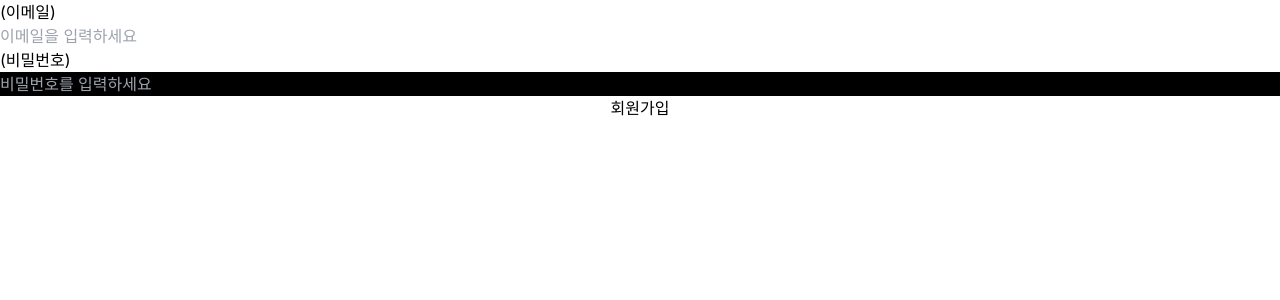
Repository: Hwang-uihyuk/wanted-pre-onboarding-frontend
Page: /signin
An editor plug-in stored every save of this project. The page is shown before and after the next save, followed by the edit.
The browser window is 1280 px wide. The pictures show the whole page.
The project was rebuilt for these pictures with package versions that can differ from the ones it lists, and the page was loaded fresh each time. Also part of the build but not shown: src/App.css, src/pages/Home.jsx, src/pages/SignUp.jsx, src/pages/NotFound.jsx, src/pages/Todo.jsx.

Above is the page before, as saved 2023-02-07 21:11:09.

### src/index.js
import React from 'react';
import ReactDOM from 'react-dom/client';
import './index.css';
import App from './App';
import reportWebVitals from './reportWebVitals';
import { createBrowserRouter,RouterProvider } from 'react-router-dom';
import Home from './pages/Home';
import SignIn from './pages/SignIn';
import SignUp from './pages/SignUp';
import NotFound from './pages/NotFound';
import Todo from './pages/Todo';



const router = createBrowserRouter([
  {
    path:'/',
    element:<App/>,
    errorElement:<NotFound/>,
    children:[
      {
        index:true,
        path:'/',
        element :<Home/>
      },

      {
        path:'/signup',
        element:<SignUp/>
      },

      {
        path:'/signin',
        element:<SignIn/>
      },

      {
        path:'/todo',
        element:<Todo/>
      },


    ]
  }
])
const root = ReactDOM.createRoot(document.getElementById('root'));
root.render(
  <React.StrictMode>
    <RouterProvider router ={router} />
  </React.StrictMode>
);

// If you want to start measuring performance in your app, pass a function
// to log results (for example: reportWebVitals(console.log))
// or send to an analytics endpoint. Learn more: https://bit.ly/CRA-vitals
reportWebVitals();

### src/App.js
import logo from './logo.svg';
import './App.css';
import './index.css'
import SignIn from './pages/SignIn';
import { Outlet } from 'react-router';

function App() {
  return (
    <div>
      <Outlet/>
    </div>

  );
}

export default App;

### src/pages/SignIn.jsx
import React, { useEffect } from 'react'
import { useState } from 'react';

export default function SignIn() {
  const [email, setEmail] = useState("")
  const [password, setPassWord] = useState("")

  const [msgEmail, setEmailMsg] = useState("")
  const [msgPw, setPwMsg] = useState("")

  const [isEmail, setIsEmail] = useState(false)
  const [isPw, setIsPw] = useState(false)

  const [activeBtn, setActiveBtn] = useState(true);
  //email event handler
  const onEmailHandler = (e) => {
    const currentEmail = e.currentTarget.value;
    setEmail(currentEmail);
    const emailRegExp = /^[A-Za-z0-9._%+-]+@[A-Za-z0-9.-]+.[A-Za-z]{2,6}$/;
    if (!emailRegExp.test(currentEmail)){
        setEmailMsg("이메일 형식에 맞게 입력해주세요 ex) hello@example.com")
        setIsEmail(false);
    }else{
        setEmailMsg("사용 가능한 이메일입니다.");
        setIsEmail(true)
    }
  }

  //password event handler
  const onPwHandler = (e) => {
      const currentPw = e.currentTarget.value;
      setPassWord(currentPw);
      const pwRegExp = /^[a-z0-9]{8}$/;
      if(!pwRegExp.test(currentPw)){
          setPwMsg("비밀번호를 8자 이상 입력해주세요.");
          setIsPw(false);
      }else{
          setPwMsg("사용 가능한 비밀번호 입니다.");
          setIsPw(true);
      }


  }


  const onSubmitHandler = (e) => {
    e.preventdefault();
    if(isEmail && isPw){}
}
  return (
    <div className=''>
        <form className ="flex flex-col"onSubmit={onSubmitHandler}>
            <label>(이메일) </label>
            <input
             data-testid="email-input"
             type="email"
             msg={msgEmail}
             value={email}
             onChange={onEmailHandler}
             placeholder='이메일을 입력하세요' />

             <label>(비밀번호)</label>
            <input
            className='bg-black'
             data-testid="password-input"
             type ="password"
             msg={msgPw}
             value={password}
             onChange={onPwHandler}
             placeholder='비밀번호를 입력하세요'/>

            <button
            data-testid="signup-button"
            disabled={isEmail && isPw ? !activeBtn :activeBtn}>회원가입</button>
        </form>
    </div>
  )
}

Loaded but not shown: public/index.html (common file); src/index.css (common file); src/reportWebVitals.js (common file); tailwind.config.js (common file)

After the next save:
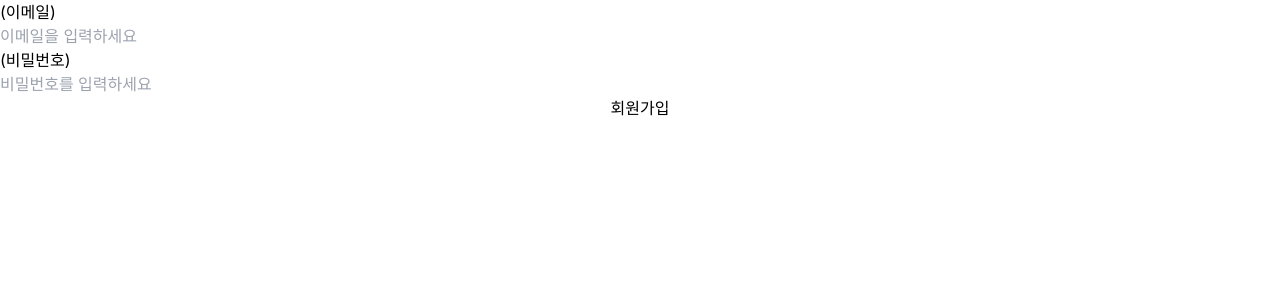
Saved 15 s later.
--- a/src/pages/SignIn.jsx
+++ b/src/pages/SignIn.jsx
@@ -61,7 +61,6 @@ export default function SignIn() {
 
              <label>(비밀번호)</label>
             <input
-            className='bg-black'
              data-testid="password-input"
              type ="password"
              msg={msgPw}
